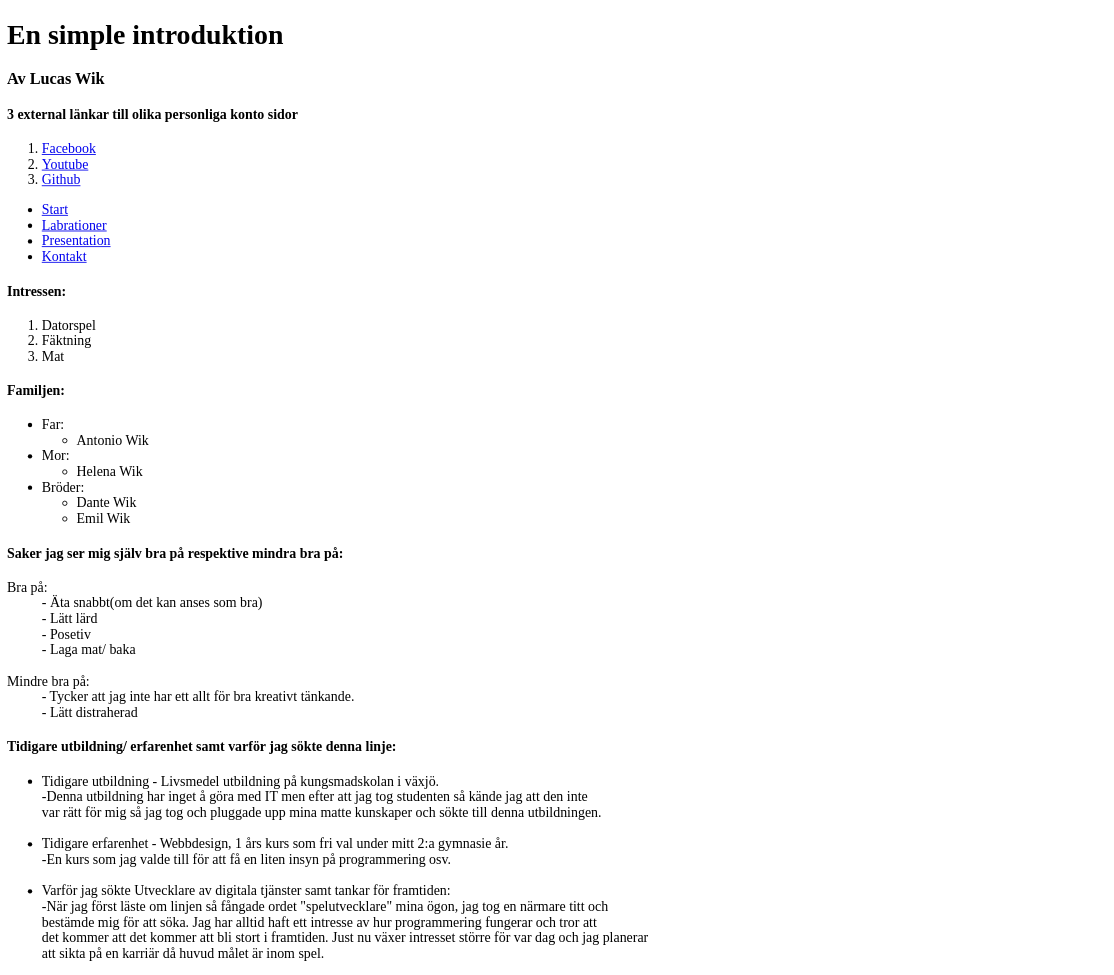
Repository: lw222gz/1ik415-laborationer
Page: Pages/presentation.html
The author's editor kept a record of every edit. The page is drawn from the files as they stood at one moment, then again after the next edit.
The browser window is 1280 px wide. The pictures show the whole page, at 87% of full size.

Above is the page before.

After the next edit:
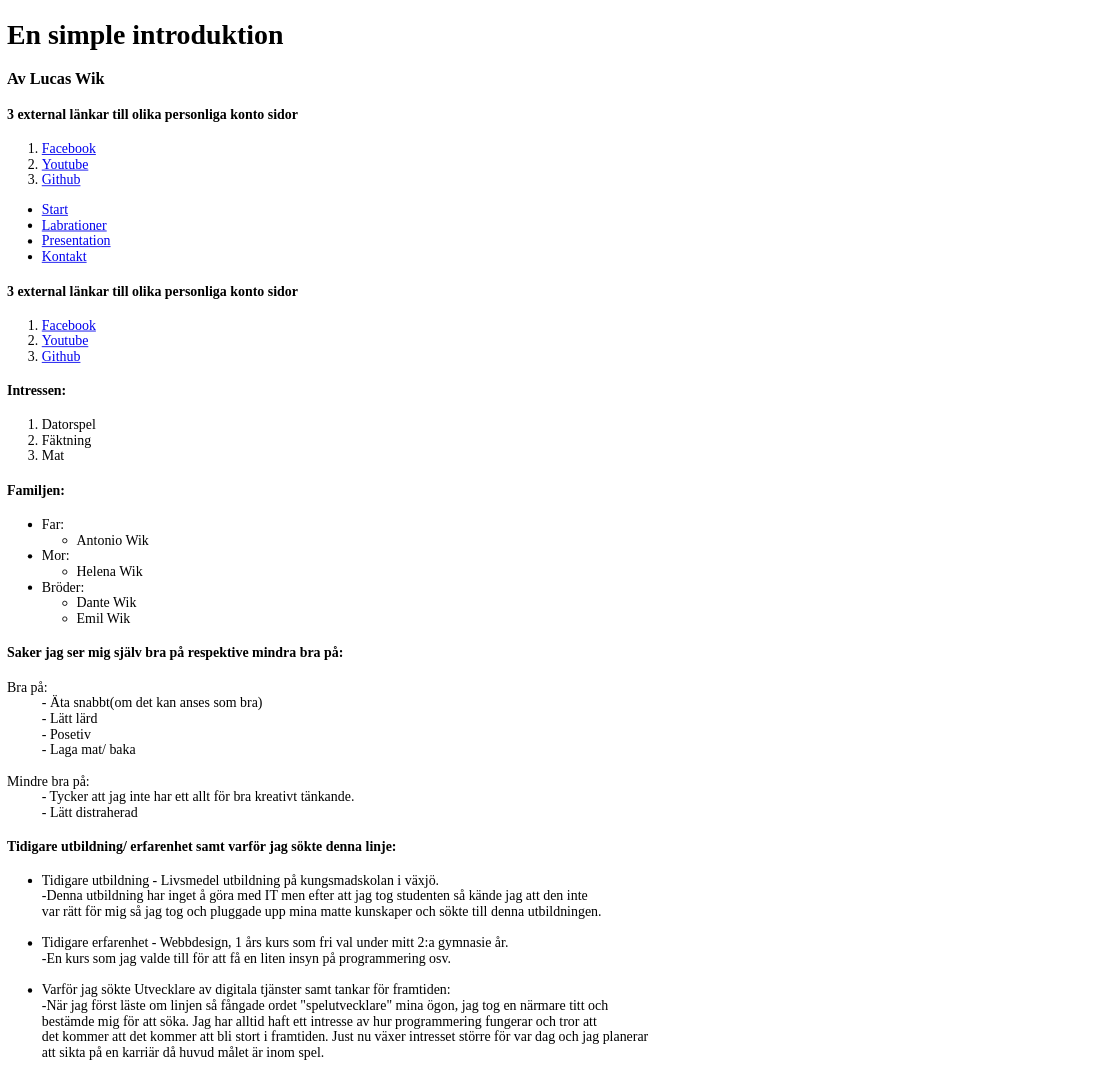
The edit:
--- a/Pages/presentation.html
+++ b/Pages/presentation.html
@@ -21,6 +21,13 @@
 <li><a href="https://1ik415-laborationer-c9-lw222gz_1.c9.io/Pages/kontakt.html">Kontakt</a></li>
 </ul>
 <p></p>
+<h4>3 external länkar till olika personliga konto sidor</h4>
+<ol>
+    <li><a href="https://www.facebook.com/profile.php?id=100005131395686">Facebook</a></li>
+    <li><a href="https://www.youtube.com/user/Wowachihunter">Youtube</a></li>
+    <li><a href="https://github.com/lw222gz">Github</a></li>
+</ol>
+</p>
 
 
 <h4>Intressen:</h4>
